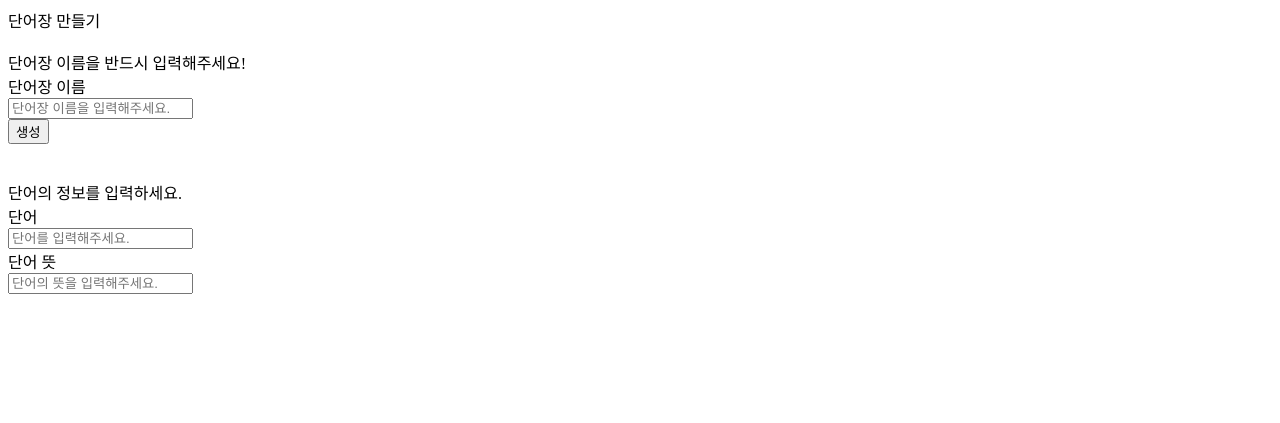
Repository: Pastelkun99/remembrance
Page: http://localhost/ProjectRemembrance/WEB-INF/views/menu_pages/11_makeWordCard.jsp
The author's editor kept a copy of each file at every save. The page is drawn from the files as they stood at one save, then again after the next save.
The browser window is 1280 px wide. The pictures show the whole page.
The page is served by Tomcat 9. Nobody is signed in. Other server files are loaded and not shown. The template is opened directly, without the code that normally fills it, so the values that code supplies are empty.

Above is the page before, as saved 2019-08-27 12:24:19.

### ProjectRemembrance/src/main/webapp/WEB-INF/views/menu_pages/11_makeWordCard.jsp
<%@ page language="java" contentType="text/html; charset=UTF-8"
	pageEncoding="UTF-8"%>
<%-- <%@ taglib uri="http://java.sun.com/jsp/jstl/core" prefix="c"%>
<%@ taglib uri="http://www.springframework.org/tags/form" prefix="form"%> --%>
<%-- <jsp:include page="./navigation.jsp"></jsp:include> --%>

<div class="container">
	<div class="alert alert-success" role="alert">단어장 만들기</div>
	<br /> <label for="basic-url">단어장 이름을 반드시 입력해주세요!</label>
	<div class="input-group mb-3">
		<div class="input-group-prepend">
			<span class="input-group-text" id="basic-addon1">단어장 이름</span>
		</div>
		<input type="text" class="form-control" id="q_name"
			placeholder="단어장 이름을 입력해주세요." required="required">
		</br>
	</div>
		<button type="button" class="btn btn-info">생성</button>
</div>

	</br> </br>
	<div class="container" align="left">
	<label for="basic-url">   단어의 정보를 입력하세요.</label>
		<div class="row">
			<div class="col">
				<div class="input-group mb-3">
					<div class="input-group-prepend">
						<span class="input-group-text" id="basic-addon1">단어</span>
					</div>
					<input type="text" class="form-control" id="q_front"
						placeholder="단어를 입력해주세요." required="required">
				</div>

			</div>
			<div class="col">
				<div class="input-group mb-3">
					<div class="input-group-prepend">
						<span class="input-group-text" id="basic-addon3">단어 뜻</span>
					</div>
					<input type="text" class="form-control" id="q_back"
						placeholder="단어의 뜻을 입력해주세요." required="required">
				</div>

			</div>
		</div>
	</div>

After the next save:
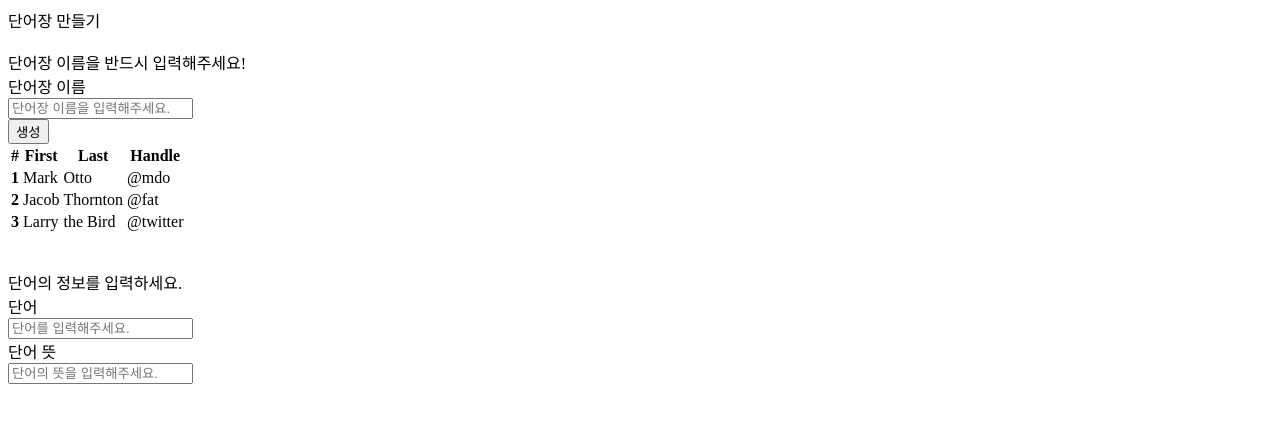
Saved 63 min 20 s later.
--- a/ProjectRemembrance/src/main/webapp/WEB-INF/views/menu_pages/11_makeWordCard.jsp
+++ b/ProjectRemembrance/src/main/webapp/WEB-INF/views/menu_pages/11_makeWordCard.jsp
@@ -12,35 +12,66 @@
 			<span class="input-group-text" id="basic-addon1">단어장 이름</span>
 		</div>
 		<input type="text" class="form-control" id="q_name"
-			placeholder="단어장 이름을 입력해주세요." required="required">
-		</br>
+			placeholder="단어장 이름을 입력해주세요." required="required"> </br>
 	</div>
-		<button type="button" class="btn btn-info">생성</button>
+	<button type="button" class="btn btn-info">생성</button>
 </div>
 
-	</br> </br>
-	<div class="container" align="left">
-	<label for="basic-url">   단어의 정보를 입력하세요.</label>
-		<div class="row">
-			<div class="col">
-				<div class="input-group mb-3">
-					<div class="input-group-prepend">
-						<span class="input-group-text" id="basic-addon1">단어</span>
-					</div>
-					<input type="text" class="form-control" id="q_front"
-						placeholder="단어를 입력해주세요." required="required">
+<table class="table">
+	<thead class="thead-light">
+		<tr>
+			<th scope="col">#</th>
+			<th scope="col">First</th>
+			<th scope="col">Last</th>
+			<th scope="col">Handle</th>
+		</tr>
+	</thead>
+	<tbody>
+		<tr>
+			<th scope="row">1</th>
+			<td>Mark</td>
+			<td>Otto</td>
+			<td>@mdo</td>
+		</tr>
+		<tr>
+			<th scope="row">2</th>
+			<td>Jacob</td>
+			<td>Thornton</td>
+			<td>@fat</td>
+		</tr>
+		<tr>
+			<th scope="row">3</th>
+			<td>Larry</td>
+			<td>the Bird</td>
+			<td>@twitter</td>
+		</tr>
+	</tbody>
+</table>
+
+</br>
+</br>
+<div class="container" align="left">
+	<label for="basic-url"> 단어의 정보를 입력하세요.</label>
+	<div class="row">
+		<div class="col">
+			<div class="input-group mb-3">
+				<div class="input-group-prepend">
+					<span class="input-group-text" id="basic-addon1">단어</span>
 				</div>
+				<input type="text" class="form-control" id="q_front"
+					placeholder="단어를 입력해주세요." required="required">
+			</div>
 
+		</div>
+		<div class="col">
+			<div class="input-group mb-3">
+				<div class="input-group-prepend">
+					<span class="input-group-text" id="basic-addon3">단어 뜻</span>
+				</div>
+				<input type="text" class="form-control" id="q_back"
+					placeholder="단어의 뜻을 입력해주세요." required="required">
 			</div>
-			<div class="col">
-				<div class="input-group mb-3">
-					<div class="input-group-prepend">
-						<span class="input-group-text" id="basic-addon3">단어 뜻</span>
-					</div>
-					<input type="text" class="form-control" id="q_back"
-						placeholder="단어의 뜻을 입력해주세요." required="required">
-				</div>
 
-			</div>
 		</div>
 	</div>
+</div>
